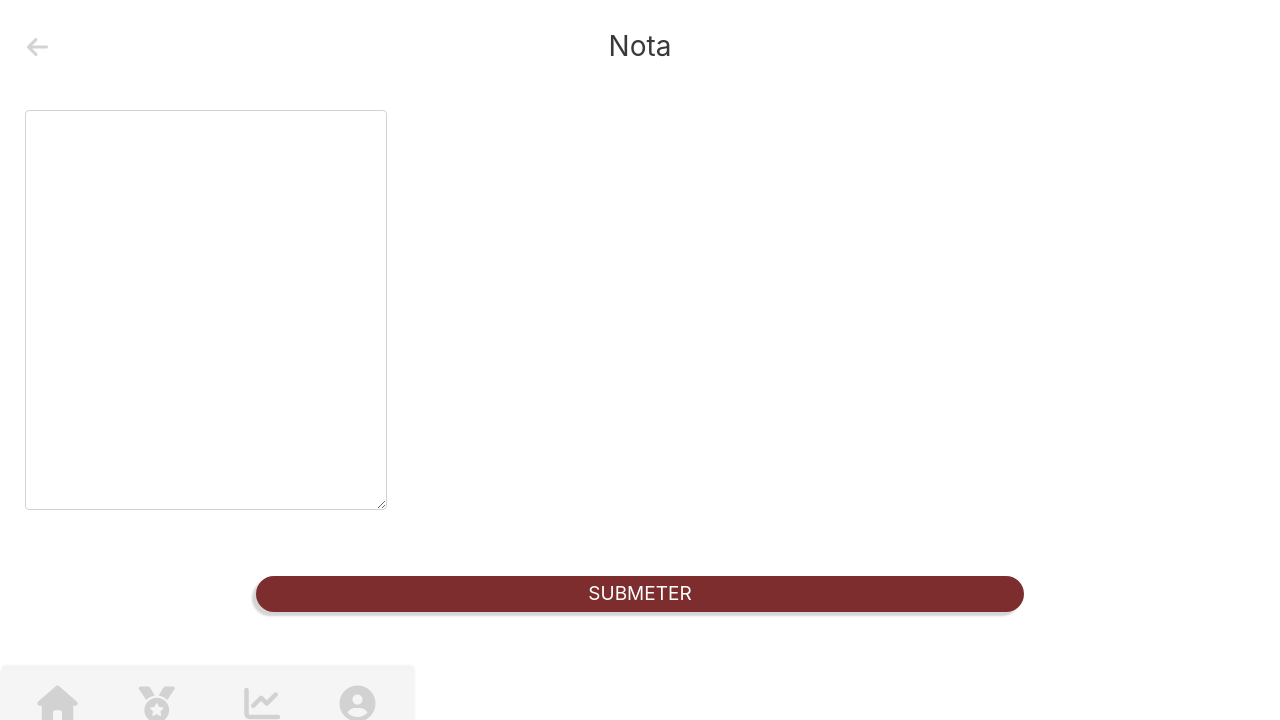
Repository: grupodetrabalhoeficiente/D213
Page: D213/Frontend/Notas.html
The author's editor kept a record of every edit. The page is drawn from the files as they stood at one moment, then again after the next edit.
The browser window is 1280 px wide. The pictures show the whole page.
Some web libraries are served in a nearby version.

Above is the page before.

After the next edit:
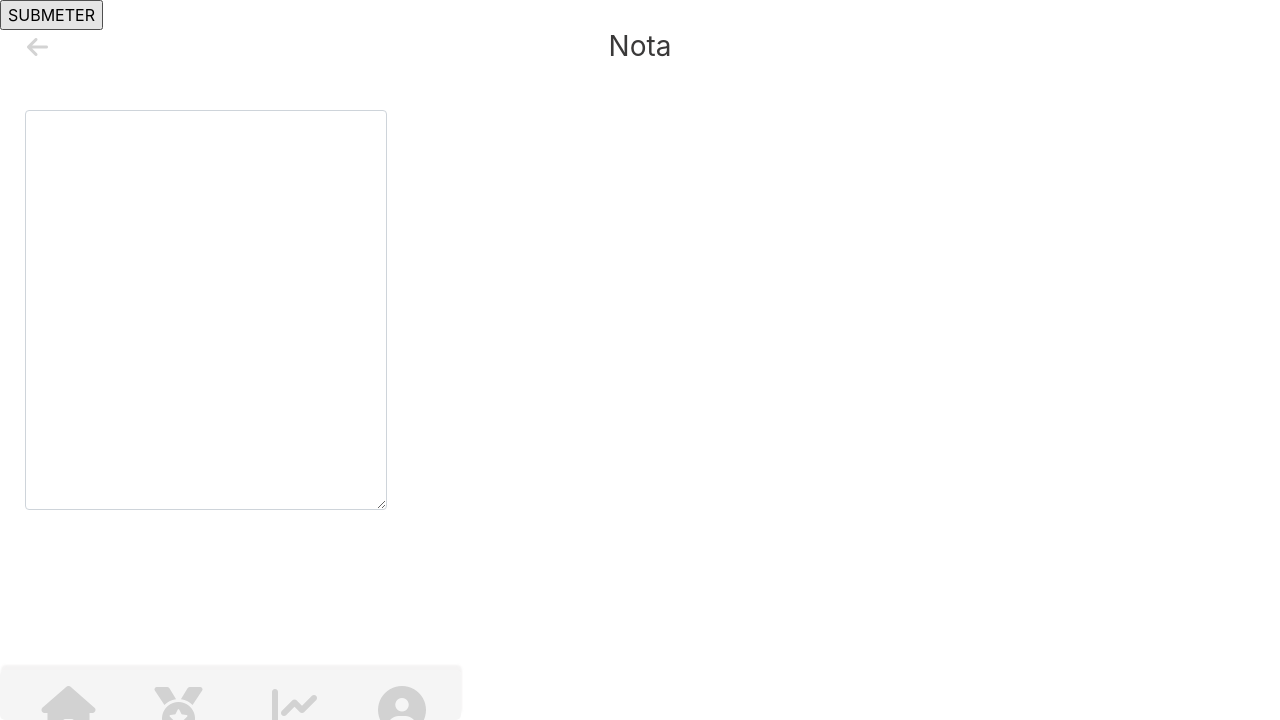
The edit:
--- a/D213/Frontend/Notas.css
+++ b/D213/Frontend/Notas.css
@@ -29,39 +29,6 @@
   top: 110px;
   left: 25px;
   border: 1px solid rgba(122,122,122,1);
-}
-/* botao confirmar*/
-.SubmeterClass{
-    height: 5%;
-    width: 60%;
-    border-top-left-radius: 32px;
-    border-top-right-radius: 32px;
-    border-bottom-left-radius: 32px;
-    border-bottom-right-radius: 32px;
-    position: absolute;
-    background-color: #7d2d2d;
-    color: white;
-    font-size: 19px;
-    border: none;
-    top: 80%;
-    left: 20%;
-    box-shadow: -4px 4px 2px rgb(171 171 171 / 50%);
-}
-/* MenuBar */
-.menubar i:hover {
-  color: #000000;           /*rgba(171,4,4,1);*/
-}
-.menubar {
-    width: 100%;
-    height: 100%;
-    max-height: 67px;
-    max-width: 414px;
-    background-color: rgba(255, 255, 255, 1);
-    z-index: 1;
-    float: center;
-    overflow: hidden;
-    display: block;
-    font-size: 12px;
 }
 
 .fa-home {
